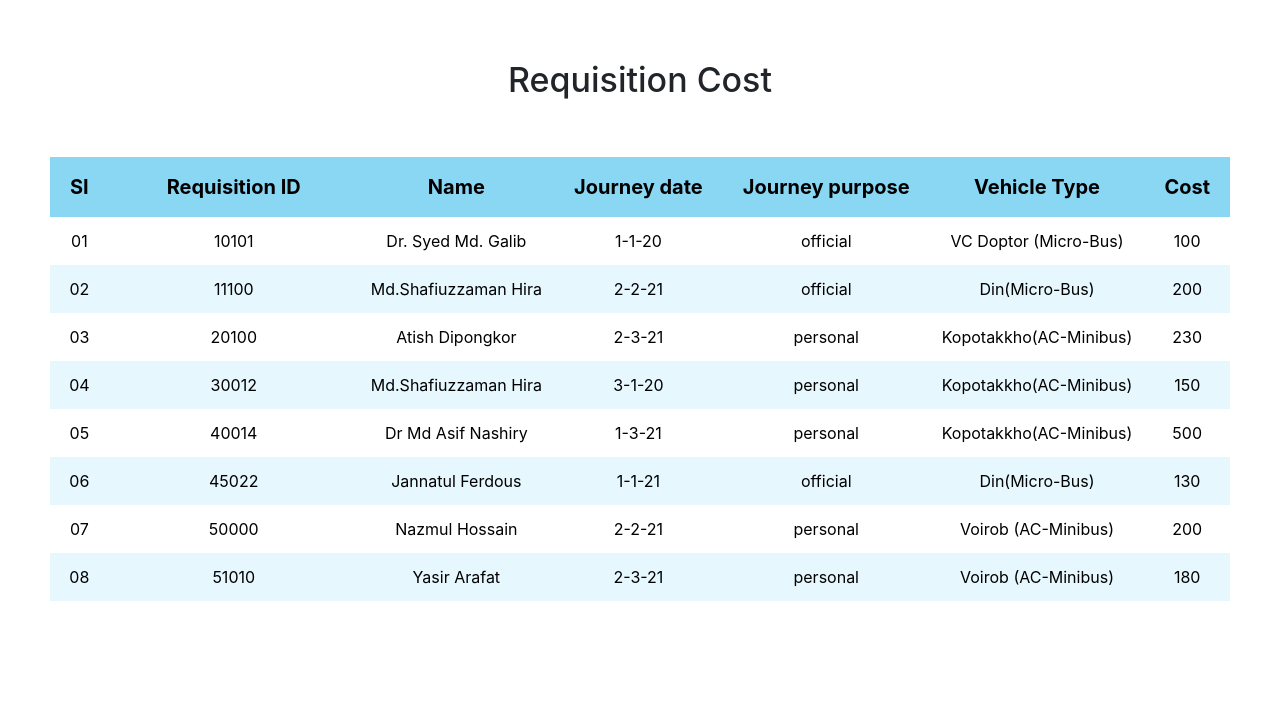
Repository: SMJNayeem/just-vms_project
Page: Front-End/html/Admin_cost.html
The author's editor kept a copy of each file at every save. The page is drawn from the files as they stood at one save, then again after the next save.
The browser window is 1280 px wide. The pictures show the whole page.

Above is the page before, as saved 2021-03-26 12:41:58.

After the next save:
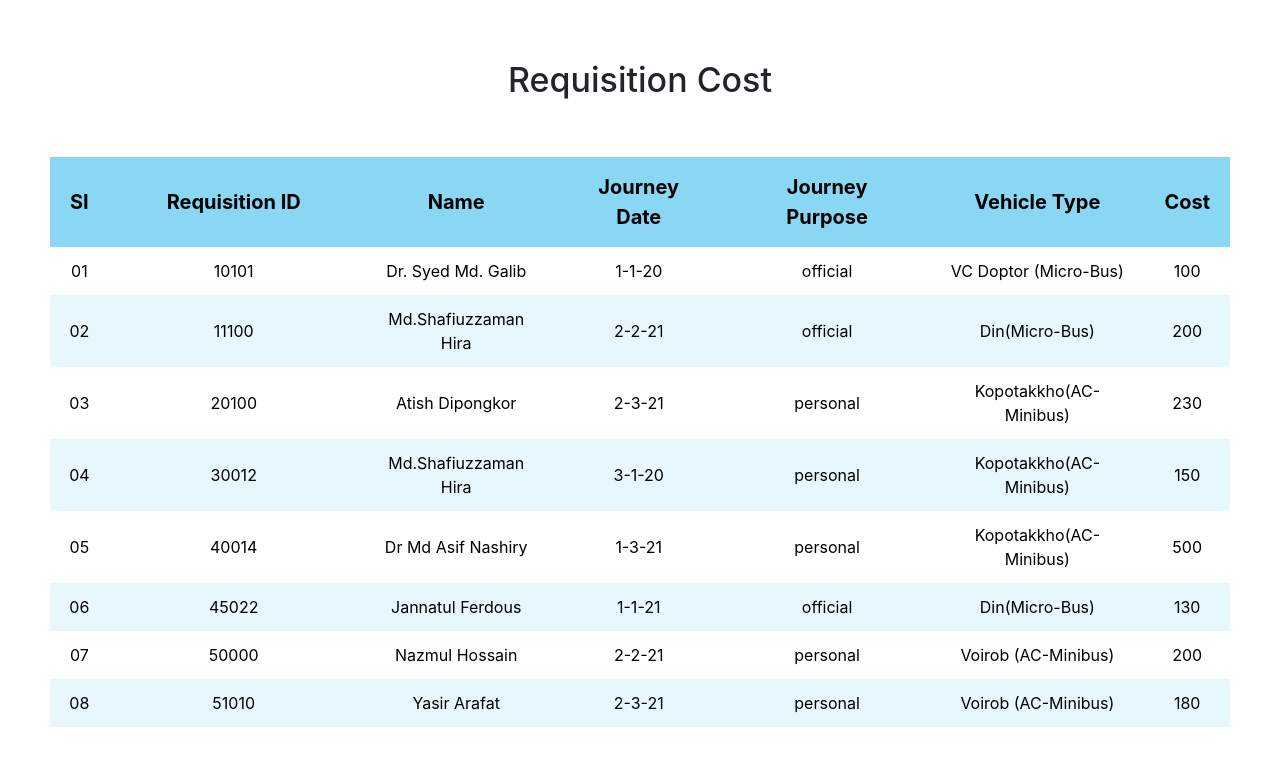
Saved 39 s later.
--- a/Front-End/html/Admin_cost.html
+++ b/Front-End/html/Admin_cost.html
@@ -25,8 +25,8 @@
 				<th> SI </th>
 				<th> Requisition ID </th>
 				<th> Name </th>
-				<th> Journey date </th>
-				<th> Journey purpose </th>
+				<th> Journey Date </th>
+				<th> Journey Purpose </th>
 				<th> Vehicle Type </th>
 				<th> Cost </th>
 			</thead>
